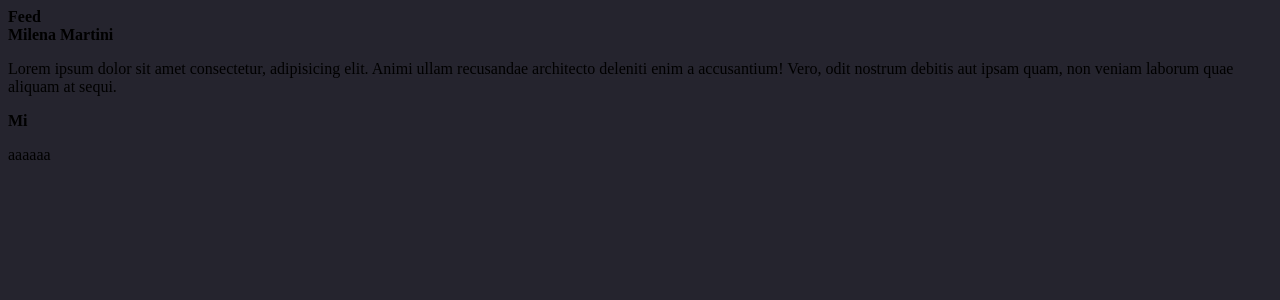
Repository: MilenaMartini/IgniteRckReactJs
Page: /
The author's editor kept a copy of each file at every save. The page is drawn from the files as they stood at one save, then again after the next save.
The browser window is 1280 px wide. The pictures show the whole page.
The project was rebuilt for these pictures with package versions that can differ from the ones it lists, and the page was loaded fresh each time. Also part of the build but not shown: vite.config.js.

Above is the page before, as saved 2023-04-14 13:36:03.

After the next save:
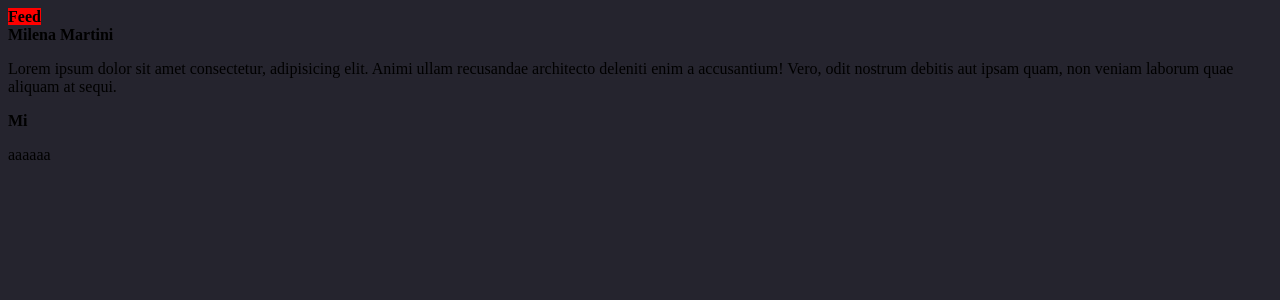
Saved 7 s later.
--- a/src/components/Header.jsx
+++ b/src/components/Header.jsx
@@ -1,7 +1,8 @@
 import React from "react";
+import Style from './Header.module.css';
 
 export function Header() {
   return(
-    <strong >Feed</strong>
+    <strong className={Style.header}>Feed</strong>
   );
 }

After the 3 saves that followed:
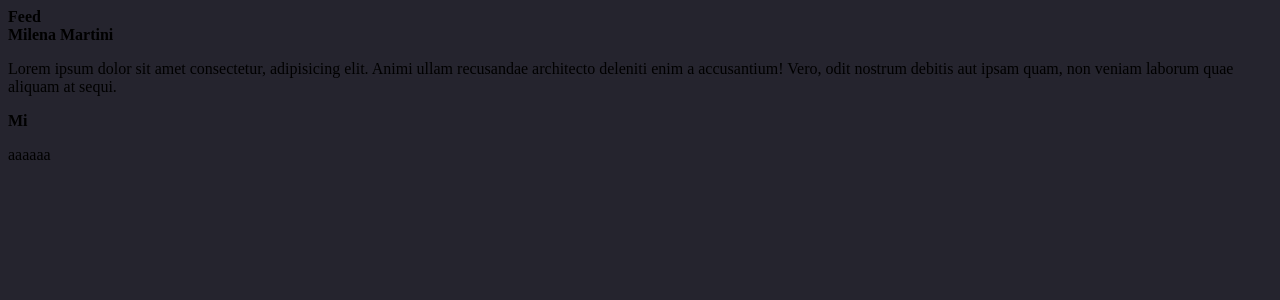
The 3 saves are shown as one change because they came seconds apart.
The last was saved 20 s later.
--- a/src/components/Header.module.css
+++ b/src/components/Header.module.css
@@ -1,4 +1,4 @@
 .header{
-    background-color: red;
+    background-color: #252410e;
     height: 80px;
 }
